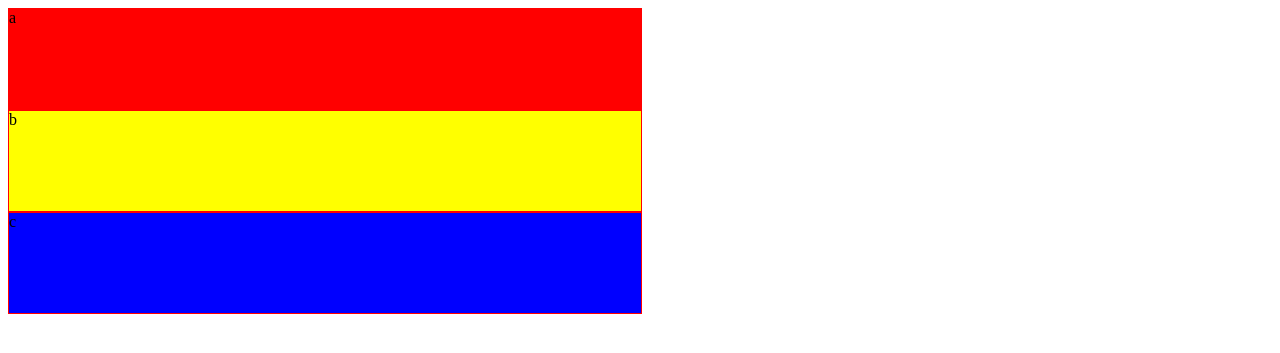
Repository: Nzhe/hehe
Page: real/colorbox/src/main/webapp/NewFile.html
The author's editor kept a copy of each file at every save. The page is drawn from the files as they stood at one save, then again after the next save.
The browser window is 1280 px wide. The pictures show the whole page.

Above is the page before, as saved 2021-09-09 03:01:13.

After the next save:
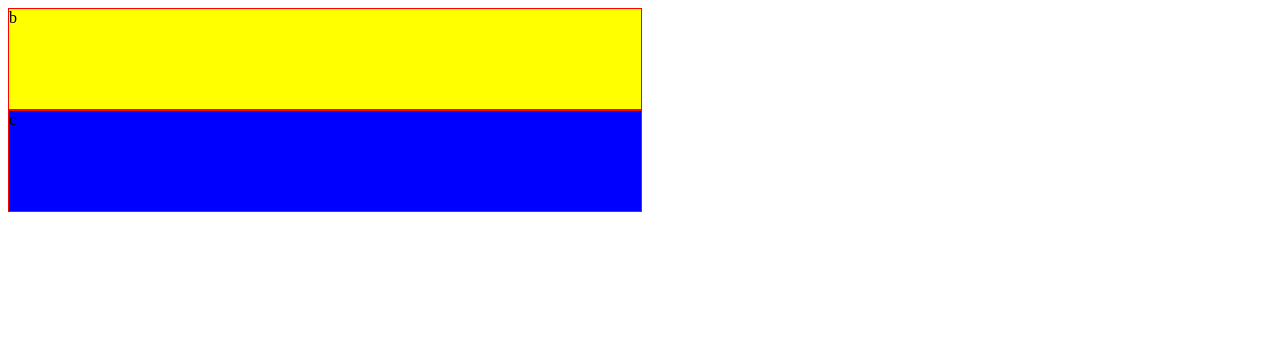
Saved 31 s later.
--- a/real/colorbox/src/main/webapp/NewFile.html
+++ b/real/colorbox/src/main/webapp/NewFile.html
@@ -18,6 +18,7 @@
 					}
 					#one{
 					background : red;
+					display : none;
 					}
 					#two{
 					background : yellow;
